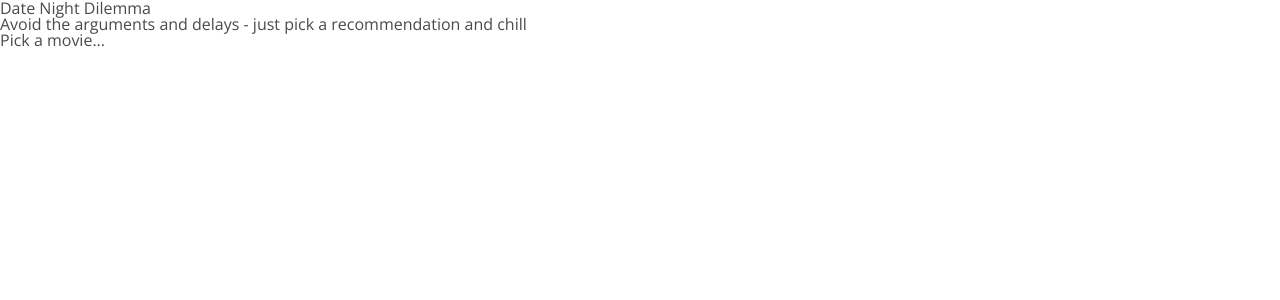
Repository: RussianDuck/date-night-dilemmas
Page: index.html
The author's editor kept a copy of each file at every save. The page is drawn from the files as they stood at one save, then again after the next save.
The browser window is 1280 px wide. The pictures show the whole page.
Some web libraries are served in a nearby version.

Above is the page before, as saved 2022-06-30 20:32:05.

After the next save:
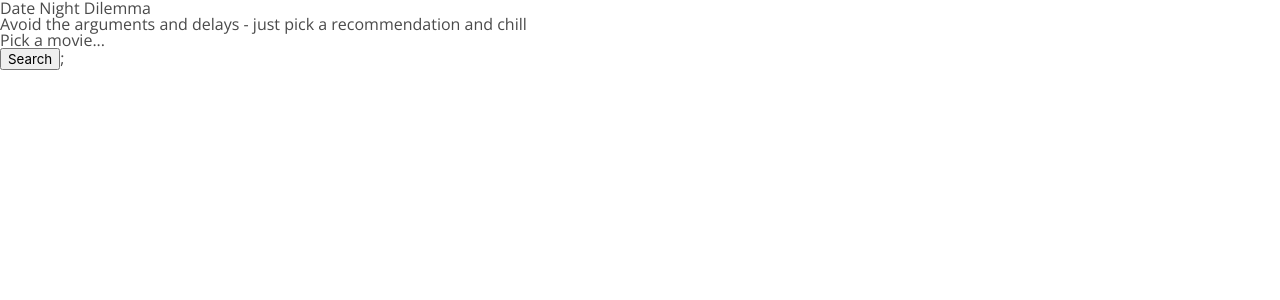
Saved 7 min 3 s later.
--- a/index.html
+++ b/index.html
@@ -18,13 +18,14 @@
   <main>
     <section id="about">
         <p>Pick a movie...</p>
+        <button id="search">Search</button>;
     </section>
     <section id="recommendations">
         <ul id="movie-list">
             <!--
-                <div class=row>
+            <div class=row>
                 <li></li>
-            <button><button>
+                <button><button>
             </div>
             -->
         </ul>
